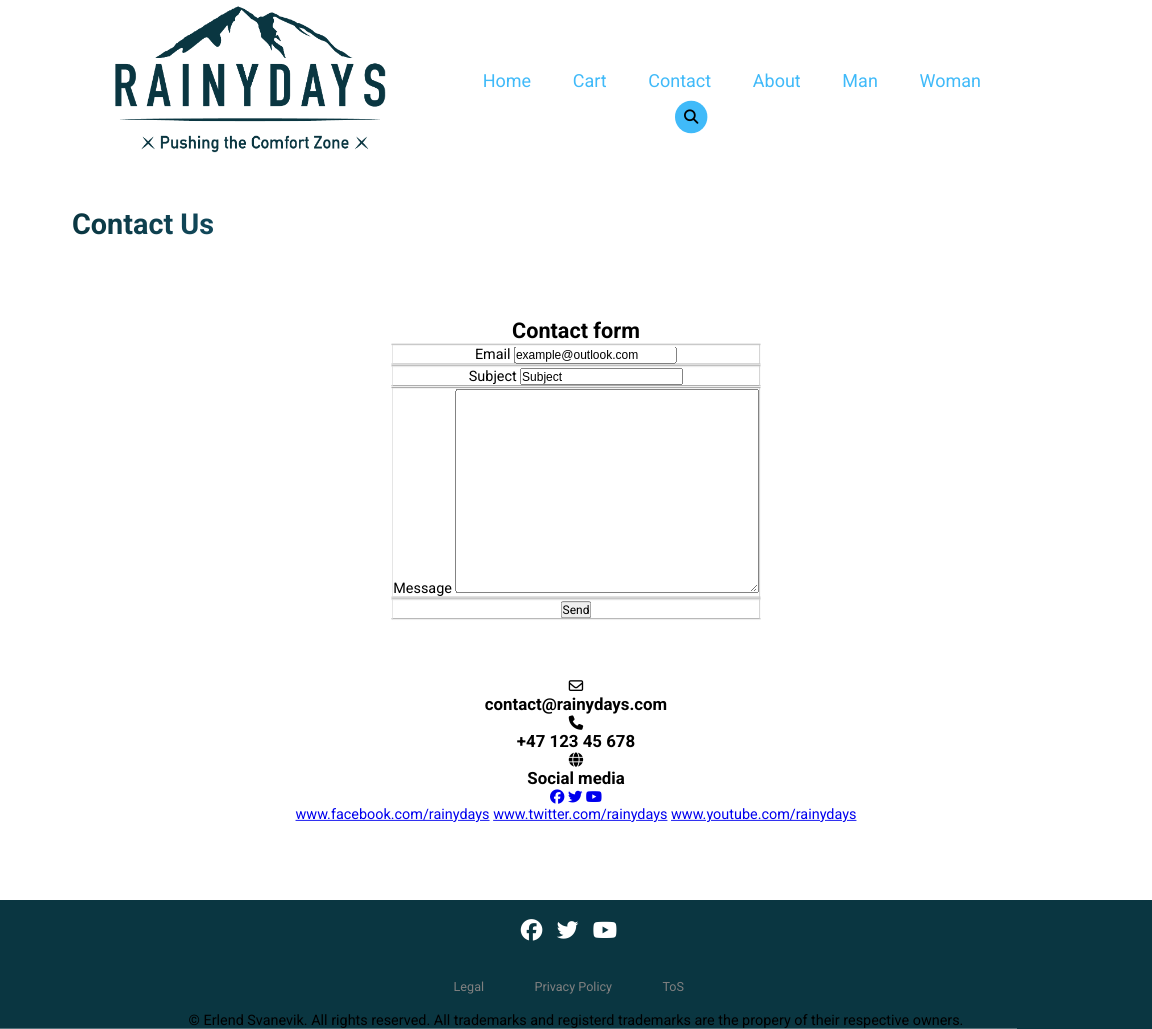
Repository: EpleWasTaken/RainyDays
Page: contact.html
These files come from the project's save history. The page is drawn as it stood at one moment and after the next save; the edit follows.
The browser window is 1280 px wide. The pictures show the whole page, at 90% of full size.
Some web libraries are served in a nearby version.

Above is the page before, as saved 2020-10-31 17:12:02.

### contact.html
<!DOCTYPE html>
<html lang="en">

<head>
  <title>Front Page</title>
  <meta charset="UTF-8">
  <meta name="viewport" content="width=device-width, initial-scale=1.0" />
  <link rel="stylesheet" href="https://fonts.googleapis.com/css2?family=Roboto:wght@400;700&display=swap" />
  <link rel="stylesheet" href="/css/styles.css" />
  <link rel="stylesheet" href="/css/footer.css" />
  <link rel="stylesheet" href="/css/contact.css" />
  <script src="https://kit.fontawesome.com/cafca22d75.js" crossorigin="anonymous"></script>
</head>

<body>
  <header>
    <div class="logo-container">
      <a href="index.html">
      <img src="./images/RainyDays_Logo.png" class="logo" alt="logo">
    </div>

    <nav>
      <ul class="nav-links">
        <li><a class="nav-link" href="index.html">Home</a></li>
        <li><a class="nav-link" href="cart.html">Cart</a></li>
        <li><a class="nav-link" href="contact.html">Contact</a></li>
        <li><a class="nav-link" href="about.html">About</a></li>
        <li><a class="nav-link" href="man.html">Man</a></li>
        <li><a class="nav-link" href="woman.html">Woman</a></li>
      </ul>
    </nav>
    <div class="search-box">
      <input class="search-txt" type="text" name="" placeholder="Type to search..." <a class="search-btn" href="#0">
      <i class="fas fa-search"></i>
      </a>
    </div>
  </header>
  <main>
    <h1>Contact Us</h1>
    <section class="contact-container">
      <section class="contact-form">
        <h2>Contact form</h2>
        <form action="submit.php" method="GET">
          <fieldset class="email">
            <label for="email">Email</label>
            <input type="email" name="email" placeholder="example@outlook.com">
          </fieldset>
          <fieldset class="subject">
            <label for="subject">Subject</label>
            <input type="subject" name="subject" placeholder="Subject">
          </fieldset>
          <fieldset class="message">
            <label for="message">Message</label>
            <textarea name="message" id="message" cols="40" rows="15"></textarea>
          </fieldset>
          <fieldset class="submit">
            <button class="btn-submit">Send</button>
          </fieldset>
        </form>
    </section>
    <section class="other-contacts">
      <div class="email">
        <i class="far fa-envelope"></i>
        <h3>contact@rainydays.com</h3>
      </div>
      <div class="phone">
        <i class="fas fa-phone"></i>
        <h3>+47 123 45 678</h3>
      </div>
      <div class="social-media">
        <i class="fas fa-globe"></i>
        <h3>Social media</h3>
        <div class="social-media-icons">
          <a href="#0"><i class="fab fa-facebook"></i></a>
          <a href="#0"><i class="fab fa-twitter"></i></a>
          <a href="#0"><i class="fab fa-youtube"></i></a>
        </div>
      </div>
      <div class="social-media-links">
        <a href="#0">www.facebook.com/rainydays</a>
        <a href="#0">www.twitter.com/rainydays</a>
        <a href="#0">www.youtube.com/rainydays</a>
      </div>
    </section>
  </main>
  <footer class="footer">
    <div class="footer-container">
      <ul class="footer-social">
        <li>
          <a href="#0" class="facebook"><i class="fab fa-facebook"></i></a>
        </li>
        <li>
          <a href="#0" class="twitter"><i class="fab fa-twitter"></i></a>
        </li>
        <li>
          <a href="#0" class="youtube"><i class="fab fa-youtube"></i></a>
        </li>
      </ul>
    </div>
    <div class="footer-container">
      <div class="footer-legal">
        <a href="#0">Legal</a>
        <a href="#0">Privacy Policy</a>
        <a href="#0">ToS</a>
      </div>
      <div class="footer-copyright">
        &copy; Erlend Svanevik. All rights reserved. All trademarks and registerd trademarks are the propery of
        their respective owners.
      </div>
  </footer>
</body>

</html>

### css/styles.css
* {
	margin: 0;
	padding: 0;
	box-sizing: border-box;
}

body {
	font-family: "Roboto", sans-serif;
}

button {
	font-family: "Roboto", sans-serif;
}

header {
	display: flex;
	width: 80%;
	height: 25vh;
	margin: auto;
	align-items: center;
}

.logo-container,
.nav-links,
.search {
	display: flex;
}

.logo-container {
	flex: 1;
}

.logo {
	width: 300px;
}

nav {
	display: flex;
	flex: 4;
	justify-content: center;
	align-items: center;
	margin: auto;
}

.nav-links {
	justify-content: space-between;
	list-style: none;
	height: 30px;
	align-items: center;
	width: 600px;
}

.nav-link {
	display: flex;
	color: #40baf9;
	font-size: 20px;
	text-decoration: none;
}

.search {
	flex: 1;
	justify-content: flex-end;
}

.presentation {
	display: flex;
	width: 80%;
	margin: auto;
	min-height: 80vh;
	align-items: center;
}

.introduction {
	flex: 1;
}

.slogan-text {
	font-size: 30px;
	font-weight: 500;
	background: linear-gradient(to right, #0a3641, #40baf9);
	-webkit-background-clip: text;
	-webkit-text-fill-color: transparent;
}

.slogan-text p {
	margin: 5px;
	font-size: 22px;
	color: grey;
}

.cta {
	padding: 50px 50px 0px 0px;
}

.cta-col {
	border: 2px solid #0a3641;
	background: transparent;
	color: #0a3641;
	width: 150px;
	height: 50px;
	cursor: pointer;
	font-size: 20px;
}

.cta-view {
	background: #0a3641;
	width: 150px;
	height: 50px;
	cursor: pointer;
	font-size: 20px;
	border: none;
	color: white;
	margin: 30px 0px 0px 30px;
}

.cover {
	flex: 1;
}

.cover img {
	height: 60vh;
}

/* SEARCHBAR */

.search-box {
	position: absolute;
	top: 18%;
	left: 60%;
	transform: translate(-50%, -50%);
	background: #40baf9;
	height: 36px;
	border-radius: 40px;
	padding: 10px;
	display: flex;
	justify-content: center;
	align-items: center;
}

.search-txt {
	border: none;
	background: none;
	outline: none;
	float: left;
	padding: 0;
	color: black;
	font-size: 16px;
	transition: 0.4s;
	line-height: 40px;
	width: 0px;
}

.search-box:hover > .search-txt {
	width: 240px;
	padding: 0 6px;
}

::placeholder {
	color: black;
}

.search-btn {
	color: #0a3641;
	float: right;
	width: 40px;
	height: 40px;
	border-radius: 50%;
}

.search-btn i {
	cursor: pointer;
}

@media screen and (max-width: 1024px) {
	.presentation {
		flex-direction: column;
	}

	.introduction {
		margin-top: 5vh;
		text-align: center;
	}

	.slogan-text h1 {
		font-size: 30px;
	}

	.slogan-text p {
		font-size: 18px;
	}

	.cta {
		padding: 10px 0px 20px 0px;
	}

	.logo {
		width: 270px;
	}

	.search-box {
		top: 18%;
		left: 70%;
		transform: none;
		width: 240px;
	}

	.nav-links {
		width: 400px;
	}

	nav {
		display: none;
	}

	.search-box {
		display: none;
	}
}

### css/footer.css
/* FOOTER */

footer {
	display: flex;
	flex-direction: column;
	justify-content: center;
	align-items: center;
	background-color: #0a3641;
	position: relative;
	bottom: 0;
	left: 0;
	right: 0;
}

.footer-social {
	display: flex;
	align-items: center;
	justify-content: center;
	list-style: none;
	padding: 20px;
	font-size: 1.5rem;
}

.footer-social li {
	margin-right: 1rem;
}

.footer-social a {
	text-decoration: none;
	color: white;
}

.footer-social li a.facebook:hover {
	color: #3b5998;
}

.footer-social li a.twitter:hover {
	color: #00acee;
}

.footer-social li a.youtube:hover {
	color: #c4302b;
}

.footer-legal {
	display: flex;
	justify-content: center;
	align-items: center;
	font-size: 2rem;
}

.footer-legal a {
	color: grey;
	text-decoration: none;
	margin-right: 1rem;
	font-size: 14px;
	padding: 20px;
}

.footer-legal a:hover {
	color: white;
}

.footer-copyright p {
	display: flex;
	text-decoration: none;
	margin-right: 1rem;
	font-size: 14px;
	padding: 20px;
}

/* MEDIA QUERIES */

@media screen and (max-with: 1024px) {
	footer .footer_container {
		flex-direction: row;
	}

	footer .footer_container.flex {
		display: unset;
	}

	.footer-container {
	}
}

### css/contact.css
* {
	margin: 0;
	padding: 0;
	box-sizing: inherit;
}

html {
	font-family: "Roboto", sans-serif;
	box-sizing: border-box;
}

main {
	padding-top: 50px;
	margin-left: 5rem;
	padding-right: 5rem;
}

main h1 {
	background: linear-gradient(to right, #0a3641, #40baf9);
	-webkit-background-clip: text;
	-webkit-text-fill-color: transparent;
	display: flex;
}

.contact-container {
	display: grid;
	grid-template-columns: 1fr;
	gap: 4rem 2rem;
	margin: 5%;
}

section.contact-container {
	display: flex;
	flex-direction: column;
	justify-content: space-between;
	text-align: center;
	height: 100%;
	padding: 30px;
}

section.contact-container .email,
section.contact-container .subject {
	font-size: 1rem;
}

section.contact-form {
	display: flex;
	flex-direction: column;
	align-items: center;
}

section .subject {
}

fieldset.message label {
}

fieldset {
	width: 100%;
}

@media screen and (max-width: 1024px) {
	.contact-container {
		grid-template-columns: 2fr 3fr;
	}
}

After the next save:
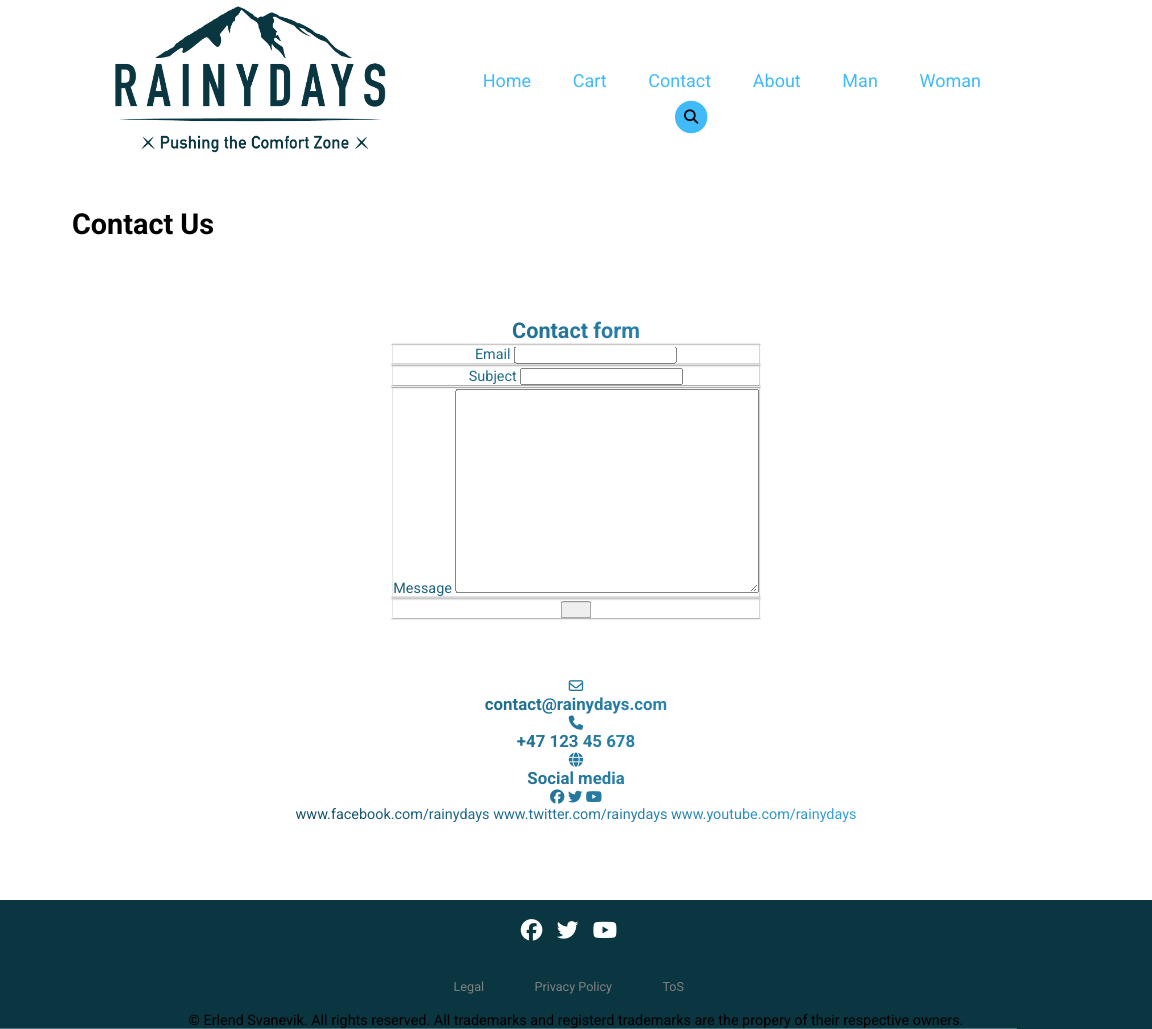
Saved 24 s later.
--- a/css/contact.css
+++ b/css/contact.css
@@ -15,18 +15,14 @@ main {
 	padding-right: 5rem;
 }
 
-main h1 {
-	background: linear-gradient(to right, #0a3641, #40baf9);
-	-webkit-background-clip: text;
-	-webkit-text-fill-color: transparent;
-	display: flex;
-}
-
 .contact-container {
 	display: grid;
 	grid-template-columns: 1fr;
 	gap: 4rem 2rem;
 	margin: 5%;
+	background: linear-gradient(to right, #0a3641, #40baf9);
+	-webkit-background-clip: text;
+	-webkit-text-fill-color: transparent;
 }
 
 section.contact-container {
